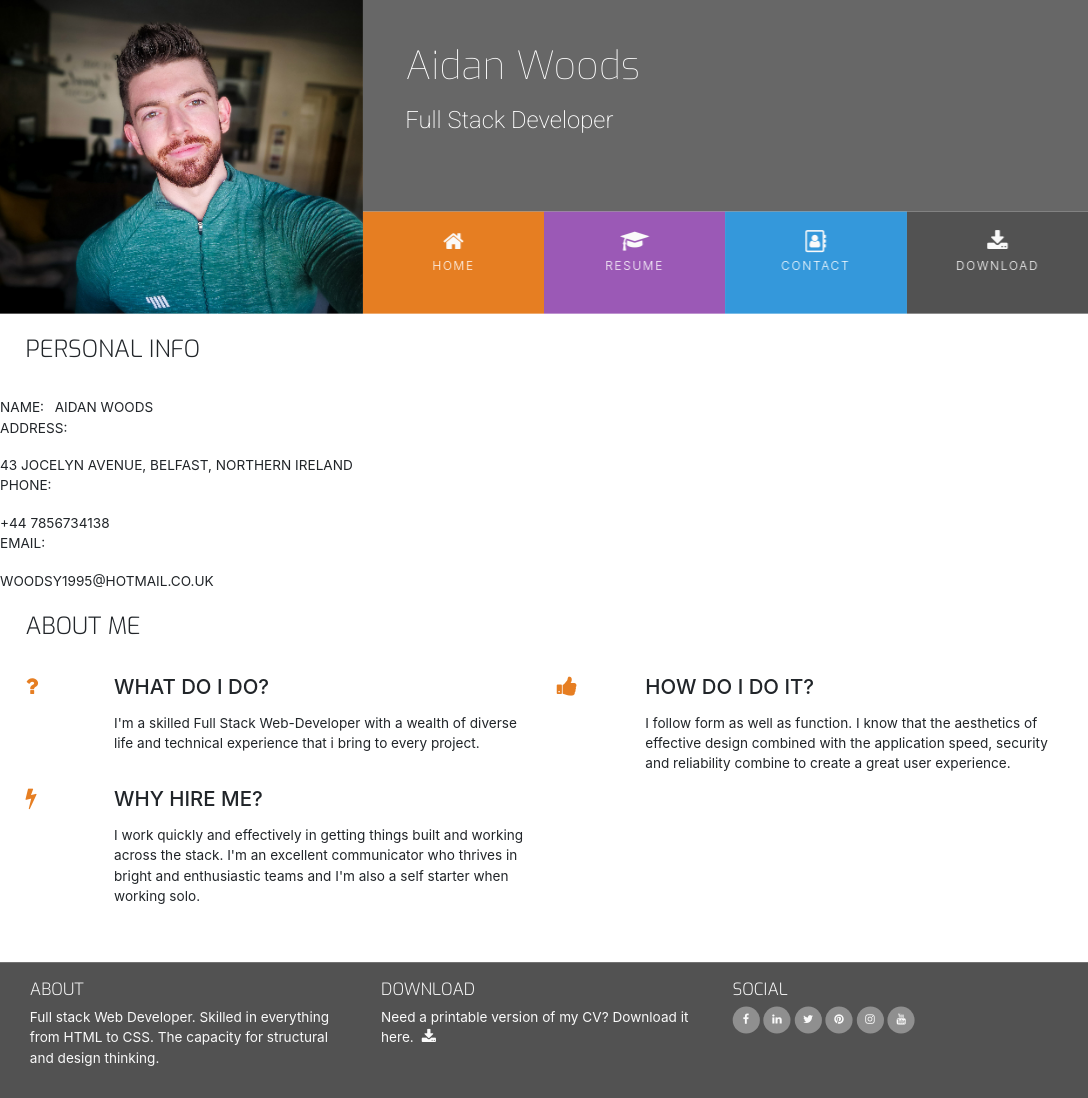
Repository: woodsyboi/Resume
Page: index.html
The author's editor kept a record of every edit. The page is drawn from the files as they stood at one moment, then again after the next edit.
The browser window is 1280 px wide. The pictures show the whole page, at 85% of full size.

Above is the page before.

After the next edit:
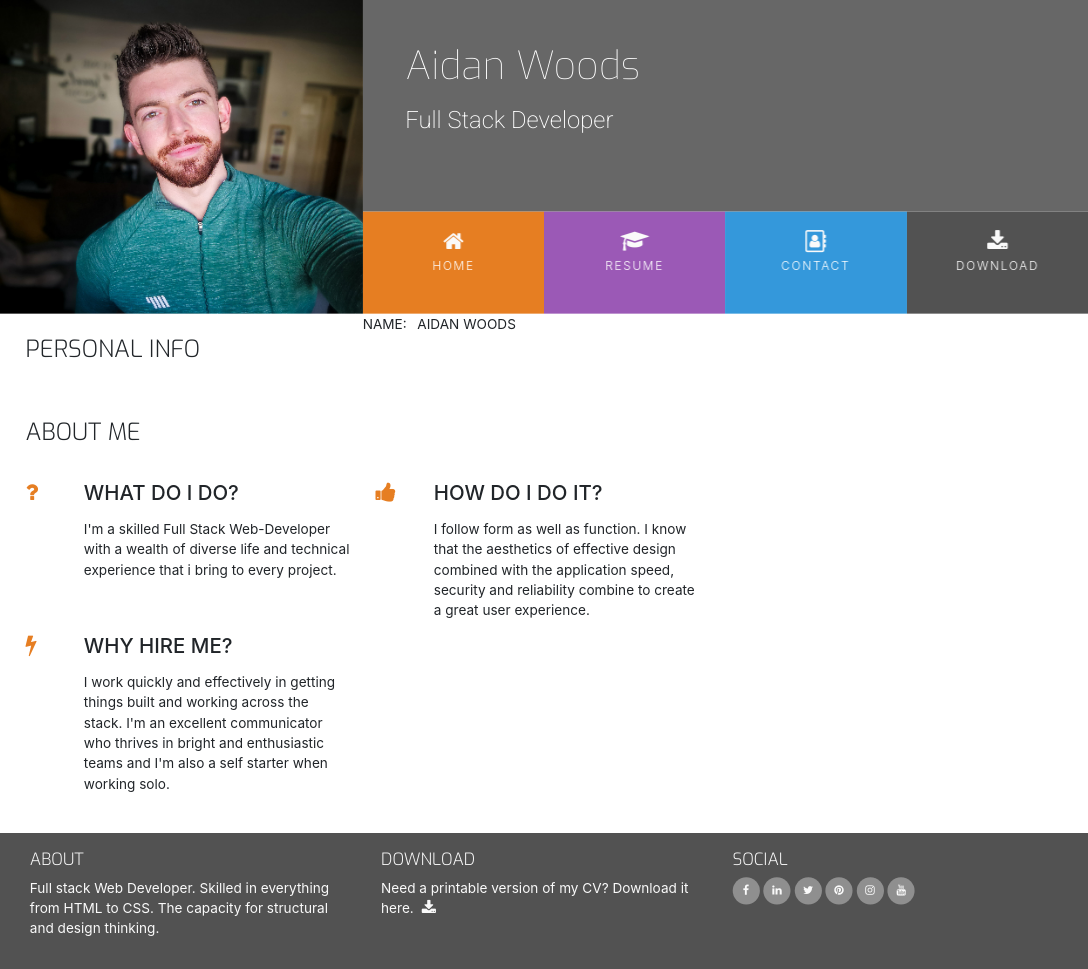
The edit:
--- a/index.html
+++ b/index.html
@@ -66,47 +66,13 @@
                         Name:
                     </p>
                 </div>
-            <div class="value">
-                <p class="uppercase">
-                    Aidan Woods
-                </p>
-            </div>
-            <div class="personal-info-item">
-                <div class="key">
+                <div class="value">
                     <p class="uppercase">
-                        Address:
+                        Aidan Woods
                     </p>
                 </div>
             </div>
-            <div class="value">
-                <p class="uppercase">
-                    43 Jocelyn Avenue, Belfast, Northern Ireland
-                </p>
-            </div>
-            <div class="personal-info-item">
-                <div class="key">
-                    <p class="uppercase">
-                        Phone:
-                    </p>
-                </div>
-            </div>
-            <div class="value">
-                <p class="uppercase">
-                    +44 7856734138
-                </p>
-            </div>
-            <div class="personal-info-item">
-                <div class="key">
-                    <p class="uppercase">
-                        Email:
-                    </p>
-                </div>
-            </div>
-            <div class="value">
-                <p class="uppercase">
-                    woodsy1995@hotmail.co.uk
-                </p>
-            </div>
+
             <div class="col-md-8 bg-color-three-reasons section-column">
                 <div class="row">
                     <div class="col">
